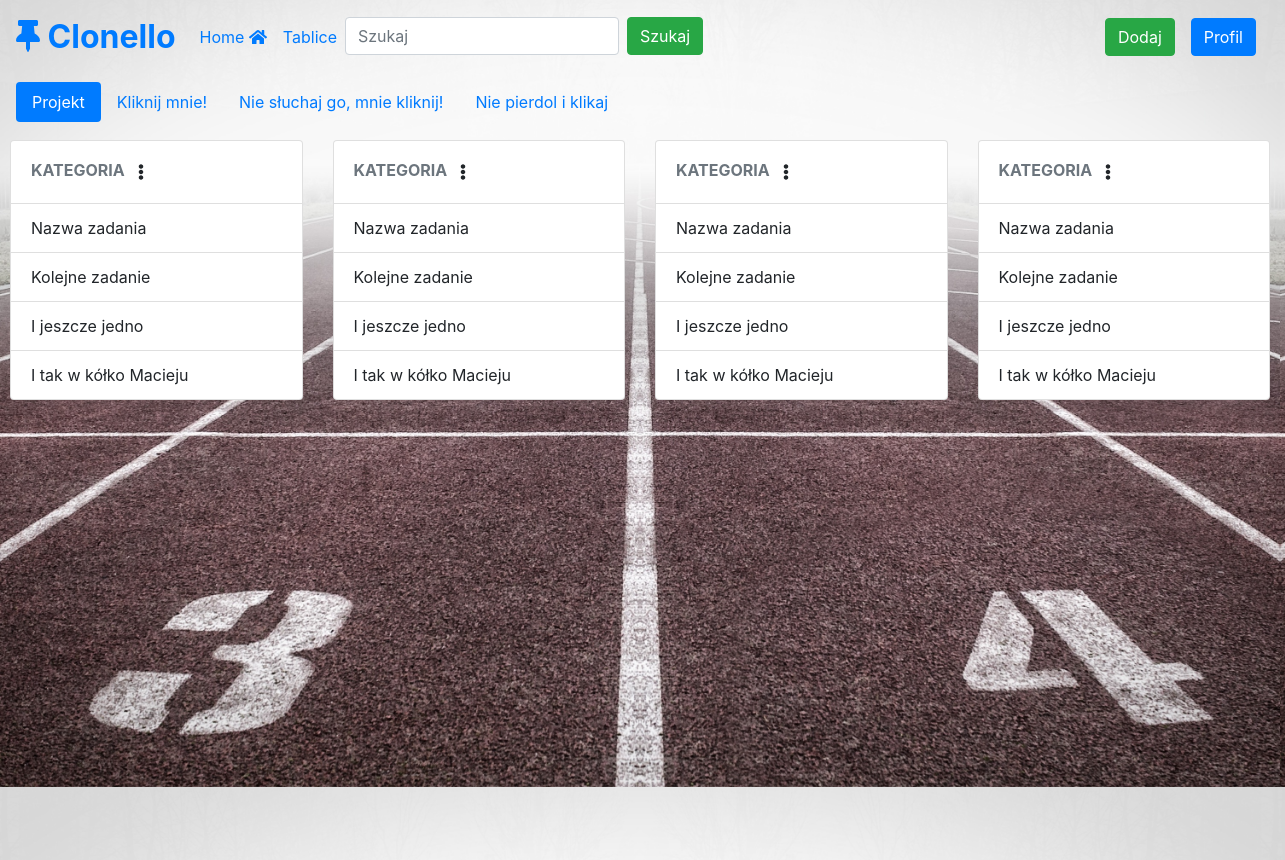
Repository: jnehlt/PAW-lab
Page: / (app in Frontend/clonello/)
These files come from the project's save history. The page is drawn as it stood at one moment and after the next save; the edit follows.
The browser window is 1280 px wide. The page is 1285 px wide, so the pictures cover 1285 px, including what lies to the right of the window. The pictures show the whole page.
The project was rebuilt for these pictures with package versions that can differ from the ones it lists, and the page was loaded fresh each time.

Above is the page before, as saved 2020-04-24 23:18:23.

After the next save:
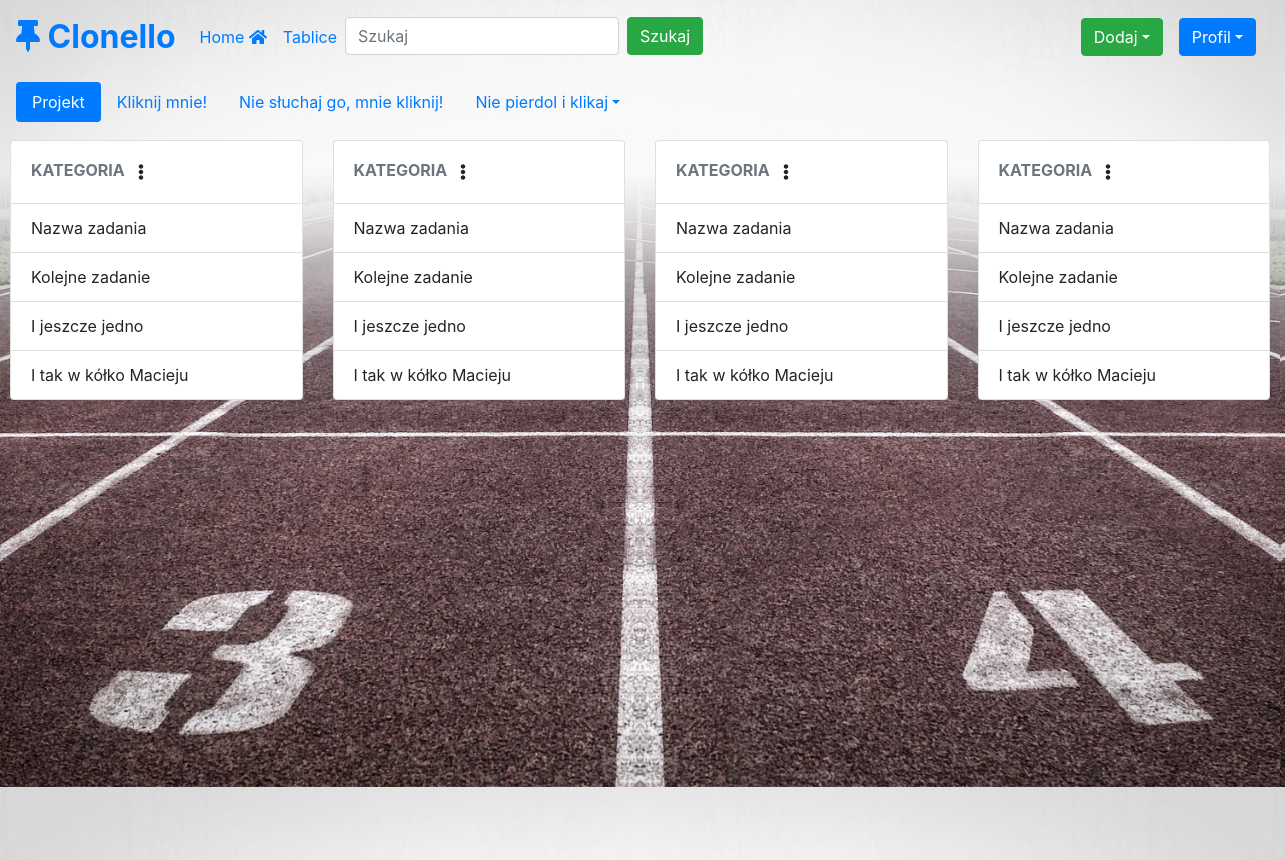
Saved 3 min 19 s later.
--- a/Frontend/clonello/src/components/ProjectHeader.vue
+++ b/Frontend/clonello/src/components/ProjectHeader.vue
@@ -44,7 +44,4 @@ export default {
     background-color: #4e555b;
 }
 
-.dropdown-toggle::after {
-    display: none;
-}
 </style>
